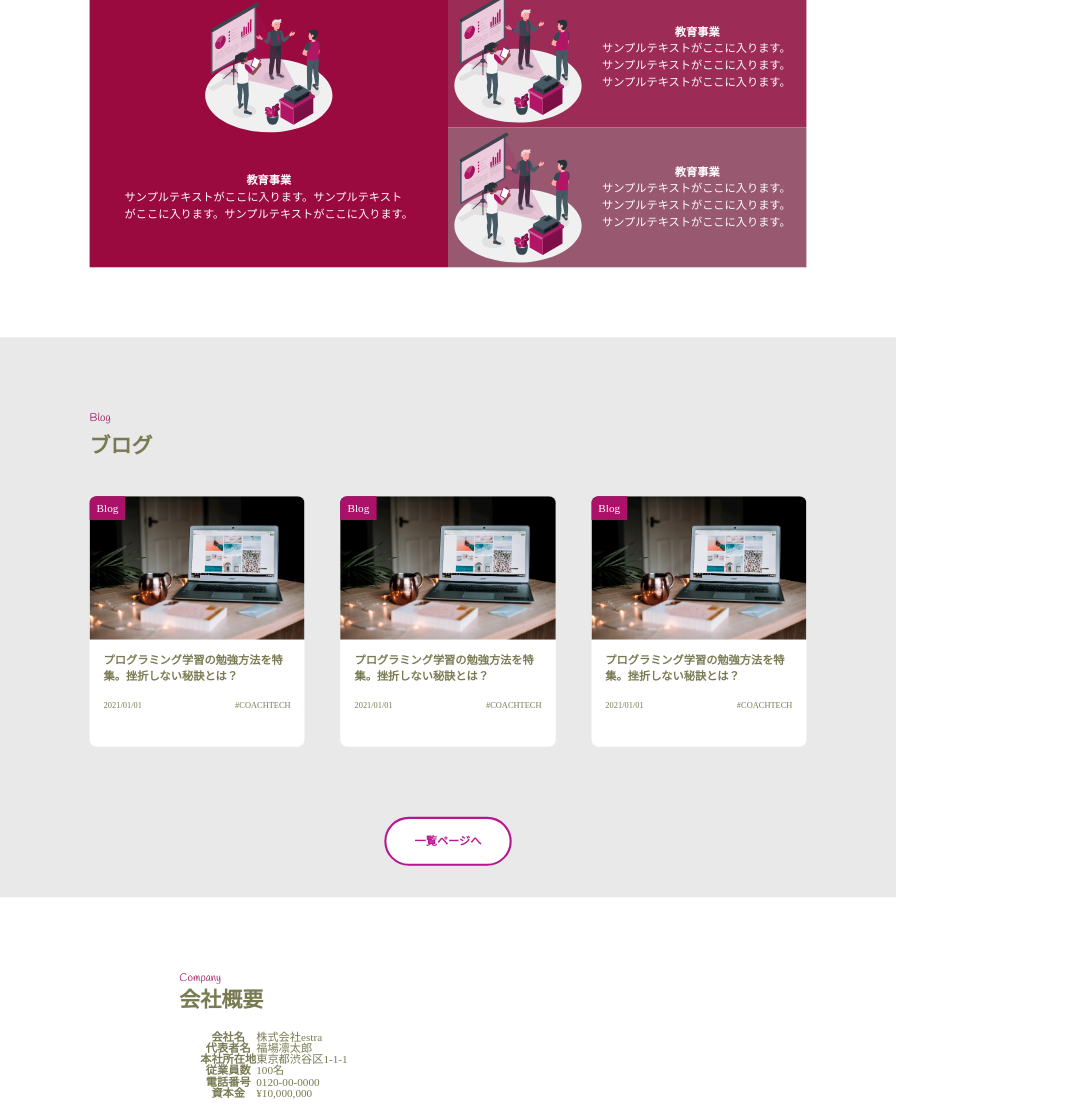
Repository: masanarimiura/20220504miura
Page: index.html
An editor plug-in stored every save of this project. The page is shown before and after a run of saves, followed by the edit.
The browser window is 1280 px wide. The page is 1536 px wide, so the pictures cover 1536 px, including what lies to the right of the window. The pictures show the part of the page from y = 1937 to 3537 px (the page is 3537 px tall before and 3507 px after), at 70% of full size.
Some web fonts or font styles are not loaded; a fallback is used.

Above is the page before, as saved 2022-05-05 00:54:13.

After the next 2 saves:
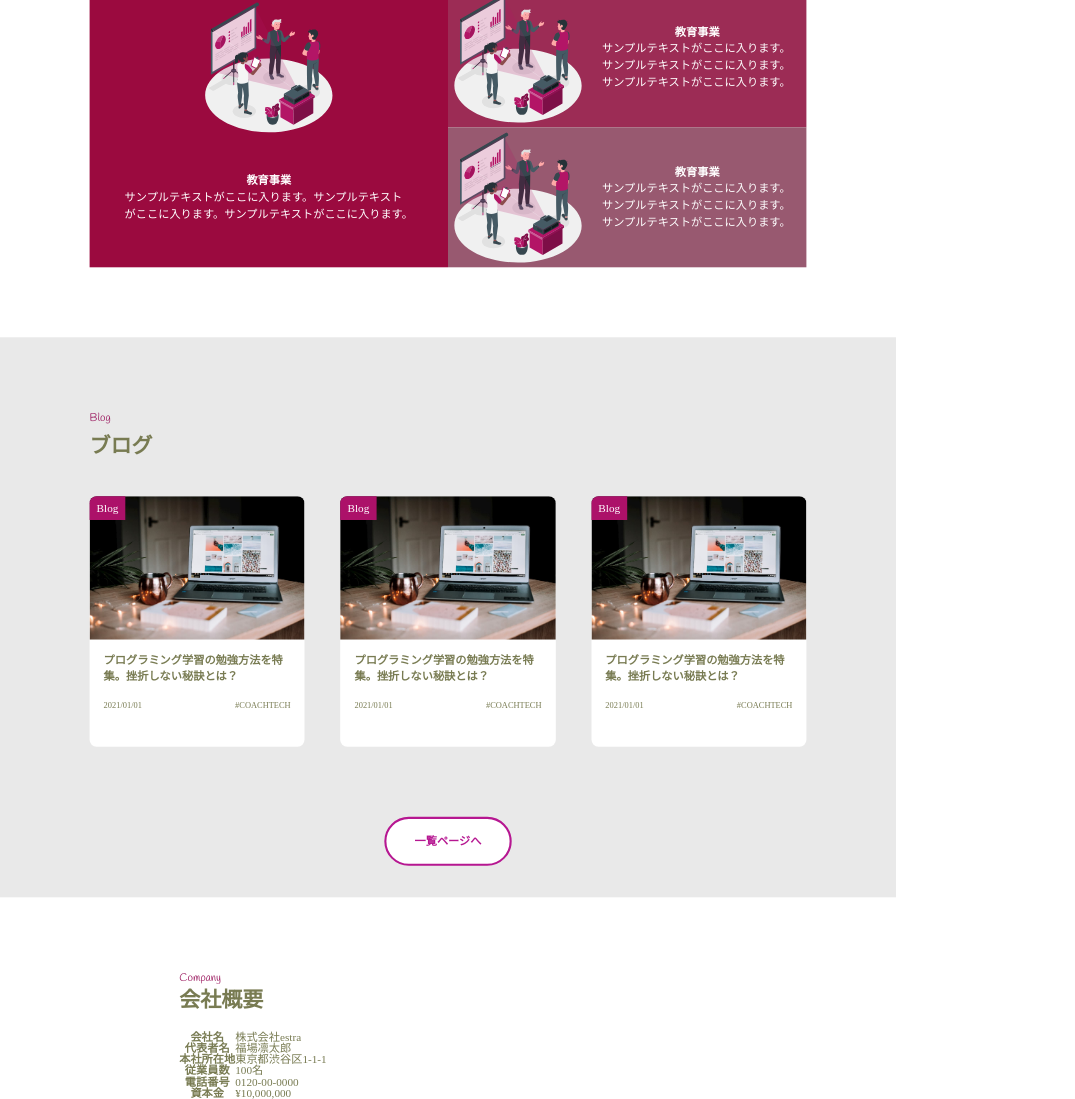
The 2 saves are shown as one change because they came seconds apart.
The last was saved 7 s later.
--- a/css/style.css
+++ b/css/style.css
@@ -270,5 +270,5 @@ a {
   font-weight: bold;
 }
 .company-table {
-  margin: 30px ;
-}
+  margin: 30px 0 0;
+}
